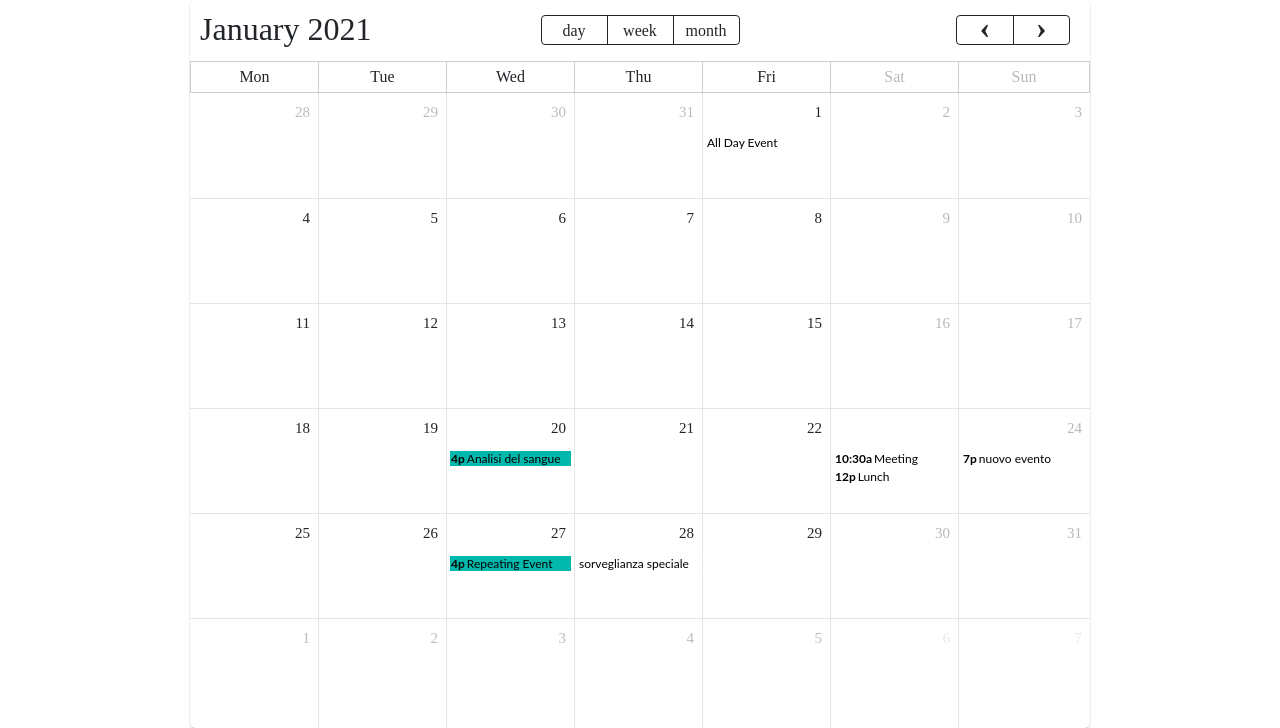
Repository: mohole/icare
Page: sviluppo/calendar/calendar.html
These files come from the project's save history. The page is drawn as it stood at one moment and after the next save; the edit follows.
The browser window is 1280 px wide. The pictures show the whole page.
Some web fonts or font styles are not loaded; a fallback is used.

Above is the page before, as saved 2021-01-25 10:37:51.

### sviluppo/calendar/calendar.html
<!DOCTYPE html>
<html lang="en">
   <head>
      <meta charset="UTF-8">
      <meta name="viewport" content="width=device-width, initial-scale=1.0">
      <!-- ===== CSS ===== -->
      <link rel="stylesheet" href="css/styles.css">
      <link rel="stylesheet" href="css/bootstrap.css">
<link href='css/fullcalendar.css' rel='stylesheet' />

<link rel="stylesheet" href="https://cdnjs.cloudflare.com/ajax/libs/Chart.js/2.9.4/Chart.css" integrity="sha512-C7hOmCgGzihKXzyPU/z4nv97W0d9bv4ALuuEbSf6hm93myico9qa0hv4dODThvCsqQUmKmLcJmlpRmCaApr83g==" crossorigin="anonymous" />
       <link rel="stylesheet" href="https://cdnjs.cloudflare.com/ajax/libs/Chart.js/2.9.4/Chart.css" integrity="sha512-C7hOmCgGzihKXzyPU/z4nv97W0d9bv4ALuuEbSf6hm93myico9qa0hv4dODThvCsqQUmKmLcJmlpRmCaApr83g==" crossorigin="anonymous" />
      <link rel="stylesheet" href="https://use.typekit.net/dmh4hvy.css">
      <link href="https://fonts.googleapis.com/css2?family=Poppins&display=swap" rel="stylesheet">
      <link rel="stylesheet" href="https://use.fontawesome.com/releases/v5.15.1/css/all.css" integrity="sha384-vp86vTRFVJgpjF9jiIGPEEqYqlDwgyBgEF109VFjmqGmIY/Y4HV4d3Gp2irVfcrp" crossorigin="anonymous">

      <link href="https://fonts.googleapis.com/css2?family=Poppins&display=swap" rel="stylesheet">
      <link rel="stylesheet" href="https://use.fontawesome.com/releases/v5.15.1/css/all.css" integrity="sha384-vp86vTRFVJgpjF9jiIGPEEqYqlDwgyBgEF109VFjmqGmIY/Y4HV4d3Gp2irVfcrp" crossorigin="anonymous">
     <title> CALENDAR </title>
   </head>
   <body>


         </h1>

         </h1>
      </div>
      </div>






   </div>

 </div>
</section>











<div>




</head>
<body>
<div id='wrap'>

<div id='calendar'></div>



</body>




<script src='js/jquery-1.10.2.js' type="text/javascript"></script>
<script src='js/fullcalendar.js' type="text/javascript"></script>



<!-- libreria da usare

</html>

### sviluppo/calendar/css/fullcalendar.css
:root{
	--nav-width: 92px;
	/*===== Colores =====*/
	--first-color:#0066FF
		--event-color: #055c56;
	--sub-color: #18B1A8;
	--event-color2: #00b8ac;
	--body-font: 'Montserrat';
	--normal-font-size: 1rem;
	--small-font-size: .875rem;
	--z-fixed: 100;
  }

.fc {
	font-family: var(--body-font);
	direction: ltr;
	text-align: left;
	}

.fc table {font-family: var(--body-font);
	border-collapse: collapse;
	border-spacing: 0;
	}




.fc td,
.fc th {font-family: var(--body-font);
	padding: 0;
	vertical-align: top;
	}



/* Header
------------------------------------------------------------------------*/

.fc-header td {
	white-space: nowrap;
	padding: 15px 10px 0px;
}

.fc-header-left {
	width: 25%;
	text-align: left;
}

.fc-header-center {
	text-align: center;
	}

.fc-header-right {
	width: 25%;
	text-align: right;
	}

.fc-header-title {
	display: inline-block;
	vertical-align: top;
	margin-top: -5px;
}

.fc-header-title h2 {
	margin-top: 0;
	white-space: nowrap;
	font-size: 32px;
    font-weight: 100;
    margin-bottom: 10px;
}

.fc .fc-header-space {
	padding-left: 10px;
	}

.fc-header .fc-button {
	margin-bottom: 1em;
	vertical-align: top;
	}

/* buttons edges butting together */

.fc-header .fc-button {
	margin-right: -1px;
	}

.fc-header .fc-corner-right,  /* non-theme */
.fc-header .ui-corner-right { /* theme */
	margin-right: 0; /* back to normal */
	}

/* button layering (for border precedence) */

.fc-header .fc-state-hover,
.fc-header .ui-state-hover {
	z-index: 2;
	}

.fc-header .fc-state-down {
	z-index: 3;
	}

.fc-header .fc-state-active,
.fc-header .ui-state-active {
	z-index: 4;
	}



/* Content
------------------------------------------------------------------------*/

.fc-content {
	clear: both;
	zoom: 1; /* for IE7, gives accurate coordinates for [un]freezeContentHeight */
	}

.fc-view {
	width: 100%;
	overflow: hidden;
	}



/* Cell Styles
------------------------------------------------------------------------*/

    /* <th>, usually */
.fc-widget-content {  /* <td>, usually */
	border: 1px solid #e5e5e5;
	}
.fc-widget-header{
    border-bottom: 1px solid #EEE;
}


.fc-state-highlight > div > div.fc-day-number{
    background-color: var(--first-color);
    color: #FFFFFF;
    border-radius: 50%;
    margin: 4px;
}

.fc-cell-overlay { /* semi-transparent rectangle while dragging */
	background-color: var(--first-color);
	opacity: .3;
	filter: alpha(opacity=30); /* for IE */
	}



/* Buttons
------------------------------------------------------------------------*/

.fc-button {
	position: relative;
	display: inline-block;
	padding: 0 .6em;
	overflow: hidden;
	height: 1.9em;
	line-height: 1.9em;
	white-space: nowrap;
	cursor: pointer;
	}

.fc-state-default { /* non-theme */
	border: 1px solid;
	}

.fc-state-default.fc-corner-left { /* non-theme */
	border-top-left-radius: 4px;
	border-bottom-left-radius: 4px;
	}

.fc-state-default.fc-corner-right { /* non-theme */
	border-top-right-radius: 4px;
	border-bottom-right-radius: 4px;
	}

/*
	Our default prev/next buttons use HTML entities like &lsaquo; &rsaquo; &laquo; &raquo;
	and we'll try to make them look good cross-browser.
*/

.fc-text-arrow {
	margin: 0 .4em;
	font-size: 2em;
	line-height: 23px;
	vertical-align: baseline; /* for IE7 */
	}

.fc-button-prev .fc-text-arrow,
.fc-button-next .fc-text-arrow { /* for &lsaquo; &rsaquo; */
	font-weight: bold;
	}

/* icon (for jquery ui) */

.fc-button .fc-icon-wrap {
	position: relative;
	float: left;
	top: 50%;
	}

.fc-button .ui-icon {
	position: relative;
	float: left;
	margin-top: -50%;
	*margin-top: 0;
	*top: -50%;
	}


.fc-state-default {
	border-color: var(--first-color);
	color: var(--first-color);
}
.fc-button-month.fc-state-default, .fc-button-agendaWeek.fc-state-default, .fc-button-agendaDay.fc-state-default{
    min-width: 67px;
	text-align: center;
	transition: all 0.2s;
	-webkit-transition: all 0.2s;
}
.fc-state-hover,
.fc-state-down,
.fc-state-active,
.fc-state-disabled {
	color: #333333;
	background-color: #FFE3E3;
	}

.fc-state-hover {
	color: var(--first-color);
	text-decoration: none;
	background-position: 0 -15px;
	-webkit-transition: background-position 0.1s linear;
	   -moz-transition: background-position 0.1s linear;
	     -o-transition: background-position 0.1s linear;
	        transition: background-position 0.1s linear;
	}

.fc-state-down,
.fc-state-active {
	background-color:var(--first-color);

	background-image: none;
	outline: 0;
	color: var(--first-color);
}

.fc-state-disabled {
	cursor: default;
	background-image: none;
	background-color: #FFE3E3;
	filter: alpha(opacity=65);
	box-shadow: none;
	border:1px solid #FFE3E3;
	color:var(--first-color);

	}



/* Global Event Styles
------------------------------------------------------------------------*/

.fc-event-container > * {
	z-index: 8;
	}

.fc-event-container > .ui-draggable-dragging,
.fc-event-container > .ui-resizable-resizing {
	z-index: 9;
	}

.fc-event {
	border: 1px solid #FFF; /* default BORDER color */

	color:black;               /* default TEXT color */
	font-size: 12px;
	cursor: default;
}
.fc-event.chill{
	background: var(--event-color2);
}
.fc-event.info{
	background: var(--event-color2);
}
.fc-event.important{
    background-color: var(--event-color);
}
.fc-event.success{	background: var(--event-color);
}
.fc-event:hover{
    opacity: 0.7;
}
a.fc-event {
	text-decoration: none;
	}

a.fc-event,
.fc-event-draggable {
	cursor: pointer;
	}

.fc-rtl .fc-event {
	text-align: right;
	}

.fc-event-inner {
	width: 100%;
	height: 100%;
	overflow: hidden;
	line-height: 15px;
	}

.fc-event-time,
.fc-event-title {
	color: var(--first-color);
	padding: 0 1px;
	}

.fc .ui-resizable-handle {
	display: block;
	position: absolute;
	z-index: 99999;
	overflow: hidden; /* hacky spaces (IE6/7) */
	font-size: 300%;  /* */
	line-height: 50%; /* */
	}



/* Horizontal Events
------------------------------------------------------------------------*/

.fc-event-hori {
	border-width: 1px 0;
	margin-bottom: 1px;
	}

.fc-ltr .fc-event-hori.fc-event-start,
.fc-rtl .fc-event-hori.fc-event-end {
	border-left-width: 1px;
	/*
border-top-left-radius: 3px;
	border-bottom-left-radius: 3px;
*/
	}

.fc-ltr .fc-event-hori.fc-event-end,
.fc-rtl .fc-event-hori.fc-event-start {
	border-right-width: 1px;
	/*
border-top-right-radius: 3px;
	border-bottom-right-radius: 3px;
*/
	}

/* resizable */

.fc-event-hori .ui-resizable-e {
	top: 0           !important; /* importants override pre jquery ui 1.7 styles */
	right: -3px      !important;
	width: 7px       !important;
	height: 100%     !important;
	cursor: e-resize;
	}

.fc-event-hori .ui-resizable-w {
	top: 0           !important;
	left: -3px       !important;
	width: 7px       !important;
	height: 100%     !important;
	cursor: w-resize;
	}

.fc-event-hori .ui-resizable-handle {
	_padding-bottom: 14px; /* IE6 had 0 height */
	}



/* Reusable Separate-border Table
------------------------------------------------------------*/

table.fc-border-separate {
	border-collapse: separate;
	}

.fc-border-separate th,
.fc-border-separate td {
	border-width: 1px 0 0 1px;
	}

.fc-border-separate th.fc-last,
.fc-border-separate td.fc-last {
	border-right-width: 1px;
	}


.fc-border-separate .fc-week .fc-first{
    border-left: 0;
}
.fc-border-separate .fc-week .fc-last{
    border-right: 0;
}
.fc-border-separate tr.fc-last th{
    border-bottom-width: 1px;
    border-color: #cdcdcd;
    font-size: 16px;
    font-weight: 300;
	line-height: 30px;
}
.fc-border-separate tbody tr.fc-first td,
.fc-border-separate tbody tr.fc-first th {
	border-top-width: 0;
	}



/* Month View, Basic Week View, Basic Day View
------------------------------------------------------------------------*/

.fc-grid th {
	text-align: center;
	}

.fc .fc-week-number {
	width: 22px;
	text-align: center;
	}

.fc .fc-week-number div {
	padding: 0 2px;
	}

.fc-grid .fc-day-number {
	float: right;
	padding: 0 2px;
	}

.fc-grid .fc-other-month .fc-day-number {
	opacity: 0.3;
	filter: alpha(opacity=30); /* for IE */
	/* opacity with small font can sometimes look too faded
	   might want to set the 'color' property instead
	   making day-numbers bold also fixes the problem */
	}

.fc-grid .fc-day-content {
	clear: both;
	color: var(--event-color);
	padding: 2px 2px 1px; /* distance between events and day edges */
	}

/* event styles */

.fc-grid .fc-event-time {
	font-weight: bold;
	color: var(--event-color);
	}

/* right-to-left */

.fc-rtl .fc-grid .fc-day-number {
	float: left;
	}

.fc-rtl .fc-grid .fc-event-time {
	float: right;
	}



/* Agenda Week View, Agenda Day View
------------------------------------------------------------------------*/

.fc-agenda table {
	border-collapse: separate;
	}



.fc-event-vert.fc-event-start {
	border-top-width: 1px;
	border-top-left-radius: 3px;
	border-top-right-radius: 3px;
	}

.fc-event-vert.fc-event-end {
	border-bottom-width: 1px;
	border-bottom-left-radius: 3px;
	border-bottom-right-radius: 3px;
	}

.fc-event-vert .fc-event-time {
	white-space: nowrap;
	font-size: 10px;
	}

.fc-event-vert .fc-event-inner {
	position: relative;
	z-index: 2;
	}

.fc-event-vert .fc-event-bg { /* makes the event lighter w/ a semi-transparent overlay  */
	position: absolute;
	z-index: 1;
	top: 0;
	left: 0;
	width: 100%;
	height: 100%;
	background: #fff;
	opacity: .25;
	filter: alpha(opacity=25);
	}

.fc .ui-draggable-dragging .fc-event-bg, /* TODO: something nicer like .fc-opacity */
.fc-select-helper .fc-event-bg {
	display: none\9; /* for IE6/7/8. nested opacity filters while dragging don't work */
	}

/* resizable */

.fc-event-vert .ui-resizable-s {
	bottom: 0        !important; /* importants override pre jquery ui 1.7 styles */
	width: 100%      !important;
	height: 8px      !important;
	overflow: hidden !important;
	line-height: 8px !important;
	font-size: 11px  !important;
	font-family: monospace;
	text-align: center;
	cursor: s-resize;
	}

.fc-agenda .ui-resizable-resizing { /* TODO: better selector */
	_overflow: hidden;
	}

.fc-week .fc-day > div .fc-day-number{
    font-size: 15px;
    margin: 2px;
    min-width: 19px;
    padding: 6px;
    text-align: center;
}
.fc-sun, .fc-sat{
    color: #b8b8b8;
}

.fc-week .fc-day:hover .fc-day-number{
    background-color: #B8B8B8;
    border-radius: 50%;
	color: var(--event-color);
    transition: background-color 0.2s;
}
.fc-week .fc-day.fc-state-highlight:hover .fc-day-number{

	background-color:var(--first-color);
}
.fc-button-today{
    border: 1px solid rgba(255,255,255,.0);
}
.fc-view-agendaDay thead tr.fc-first .fc-widget-header{
    text-align: right;
    padding-right: 10px;
}




#calendar{
  margin-left: auto;
  margin-right: auto;
  width: 320px;
  font-family: 'Lato', sans-serif;
}
#calendar_weekdays div{
  display:inline-block;
  vertical-align:top;
}
#calendar_content, #calendar_weekdays, #calendar_header{
  position: relative;
  width: 320px;
  overflow: hidden;
  float: left;
  z-index: 10;
}
#calendar_weekdays div, #calendar_content div{
  width:40px;
  height: 40px;
  overflow: hidden;
  text-align: center;
  background-color: #FFFFFF;
  color: #787878;
}
#calendar_content{
  -webkit-border-radius: 0px 0px 12px 12px;
  -moz-border-radius: 0px 0px 12px 12px;
  border-radius: 0px 0px 12px 12px;
}
#calendar_content div{
  float: left;
}
#calendar_content div:hover{
  background-color: #F8F8F8;
}
#calendar_content div.blank{
  background-color: #E8E8E8;
}
#calendar_header, #calendar_content div.today{
  zoom: 1;
  filter: alpha(opacity=70);
  opacity: 0.7;
}
#calendar_content div.today{
	color: var(--event-color);}

#calendar_header{
  width: 100%;
  height: 37px;
  text-align: center;
  background-color: #FF6860;
  padding: 18px 0;
  -webkit-border-radius: 12px 12px 0px 0px;
  -moz-border-radius: 12px 12px 0px 0px;
  border-radius: 12px 12px 0px 0px;
}
#calendar_header h1{
  font-size: 1.5em;
  color: var(--event-color);
  float:left;
  width:70%;
}









.external-event { /* try to mimick the look of a real event */
  margin: 10px 0;
  padding: 2px 4px;
  background: #3366CC;
  color: rgb(0, 0, 0);
  font-size: .85em;
  cursor: pointer;
  }

#external-events p {
  margin: 1.5em 0;
  font-size: 11px;
  color: #666;
  }

#external-events p input {
  margin: 0;
  vertical-align: middle;
  }

#calendar {
/* 		float: right; */
      margin: 0 auto;
  width: 900px;
  background-color: #FFFFFF;
    border-radius: 6px;
      box-shadow: 0 1px 2px #C3C3C3;
  }

Loaded but not shown: sviluppo/calendar/css/bootstrap.css (library); sviluppo/calendar/js/jquery-1.10.2.js (library); sviluppo/calendar/js/fullcalendar.js (library); sviluppo/calendar/css/styles.css (733 lines, source omitted)

After the next save:
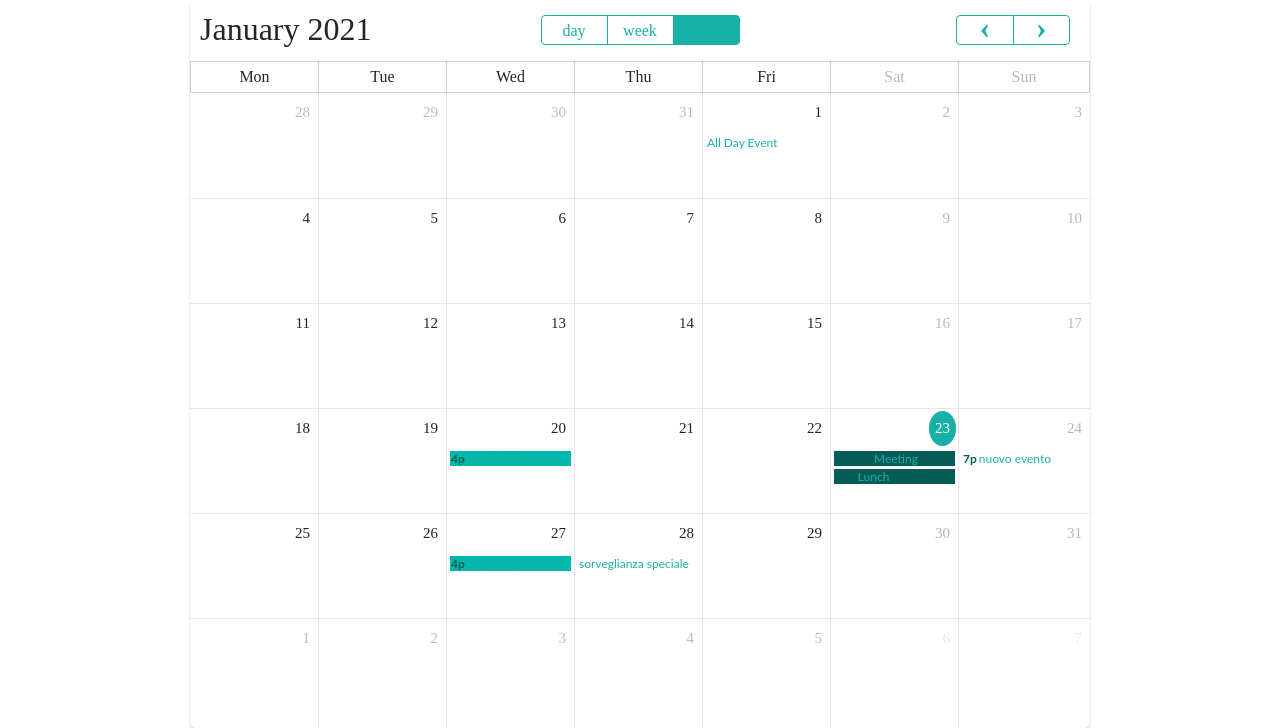
Saved 12 s later.
--- a/sviluppo/calendar/css/fullcalendar.css
+++ b/sviluppo/calendar/css/fullcalendar.css
@@ -1,7 +1,7 @@
 :root{
 	--nav-width: 92px;
 	/*===== Colores =====*/
-	--first-color:#0066FF
+	--first-color:#18B1A8;
 		--event-color: #055c56;
 	--sub-color: #18B1A8;
 	--event-color2: #00b8ac;

After the save that followed:
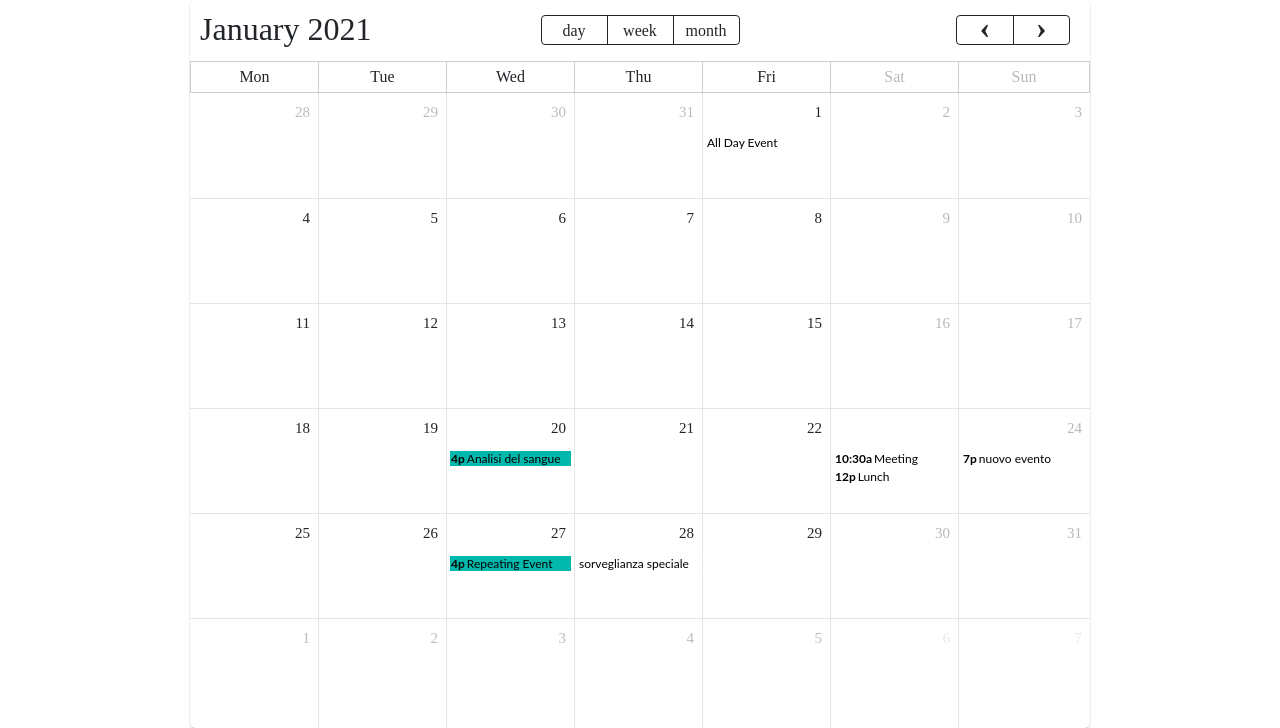
Saved 8 s later.
--- a/sviluppo/calendar/css/fullcalendar.css
+++ b/sviluppo/calendar/css/fullcalendar.css
@@ -1,7 +1,7 @@
 :root{
 	--nav-width: 92px;
 	/*===== Colores =====*/
-	--first-color:#18B1A8;
+	--first-color:#0066FF:
 		--event-color: #055c56;
 	--sub-color: #18B1A8;
 	--event-color2: #00b8ac;
